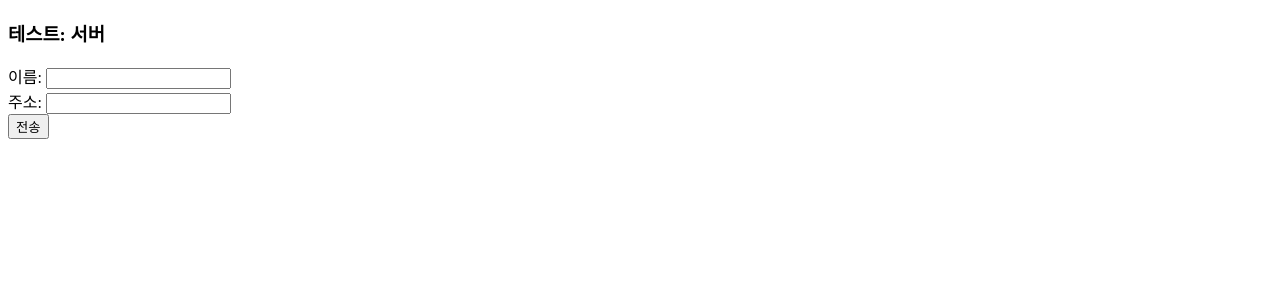
Repository: BosuMamemon/JSP_work
Page: http://localhost/JSP_Project/exam/test.jsp
The author's editor kept a copy of each file at every save. The page is drawn from the files as they stood at one save, then again after the next save.
The browser window is 1280 px wide. The pictures show the whole page.
The page is served by Tomcat 9. Other server files are loaded and not shown.

Above is the page before, as saved 2025-02-27 01:27:06.

### workspace/JSP_Project/src/main/webapp/exam/test.jsp
<%@ page language="java" contentType="text/html; charset=UTF-8"
    pageEncoding="UTF-8"%>
<!DOCTYPE html>
<html>
	<head>
		<meta charset="UTF-8">
		<title>test</title>
	</head>

	<body>
		<h3>테스트: 서버</h3>
		<form>
			<label for="name">이름: </label>
			<input id="name" name="name" type="text"><br>
			<label for="address">주소: </label>
			<input id="address" name="address" type="text"><br>
			<button type="submit">전송</button>
		</form>
	</body>
</html>

After the next save:
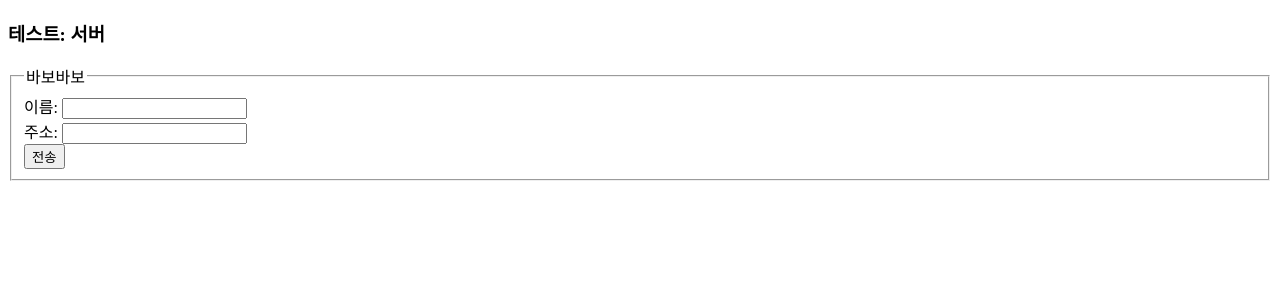
Saved 71 s later.
--- a/workspace/JSP_Project/src/main/webapp/exam/test.jsp
+++ b/workspace/JSP_Project/src/main/webapp/exam/test.jsp
@@ -10,11 +10,14 @@
 	<body>
 		<h3>테스트: 서버</h3>
 		<form>
-			<label for="name">이름: </label>
-			<input id="name" name="name" type="text"><br>
-			<label for="address">주소: </label>
-			<input id="address" name="address" type="text"><br>
-			<button type="submit">전송</button>
+			<fieldset>
+				<legend>바보바보</legend>
+				<label for="name">이름: </label>
+				<input id="name" name="name" type="text"><br>
+				<label for="address">주소: </label>
+				<input id="address" name="address" type="text"><br>
+				<button type="submit">전송</button>
+			</fieldset>
 		</form>
 	</body>
 </html>
